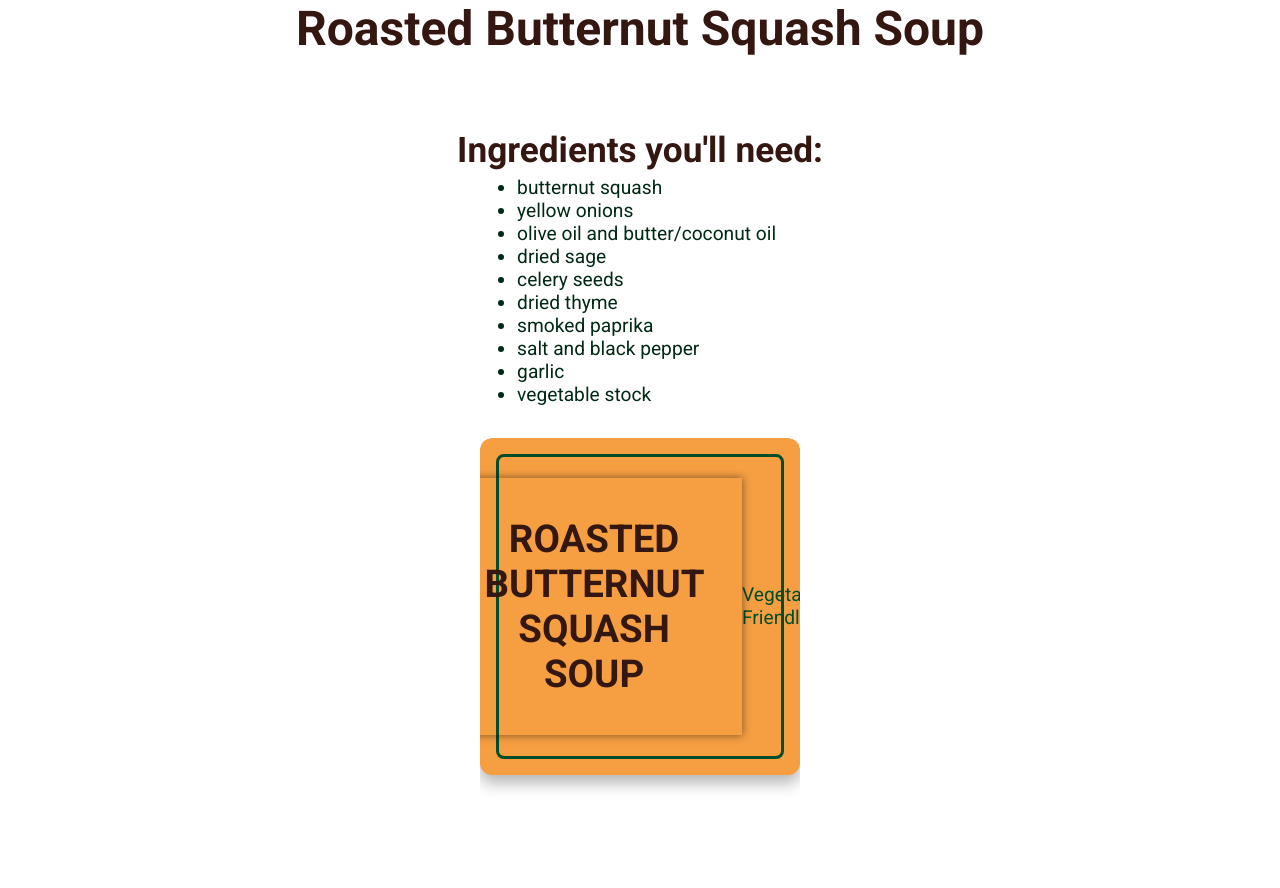
Repository: IDMX225/css-card-flip-LyssaMA
Page: src/index.html
An editor plug-in stored every save of this project. The page is shown before and after the next save, followed by the edit.
The browser window is 1280 px wide. The pictures show the whole page.
The style sheet was rebuilt from its Sass, Less or Tailwind sources for each picture, by a compiler version that may differ from the author's.

Above is the page before, as saved 2024-11-12 20:37:35.
Not found: src/js/index.js

After the next save:
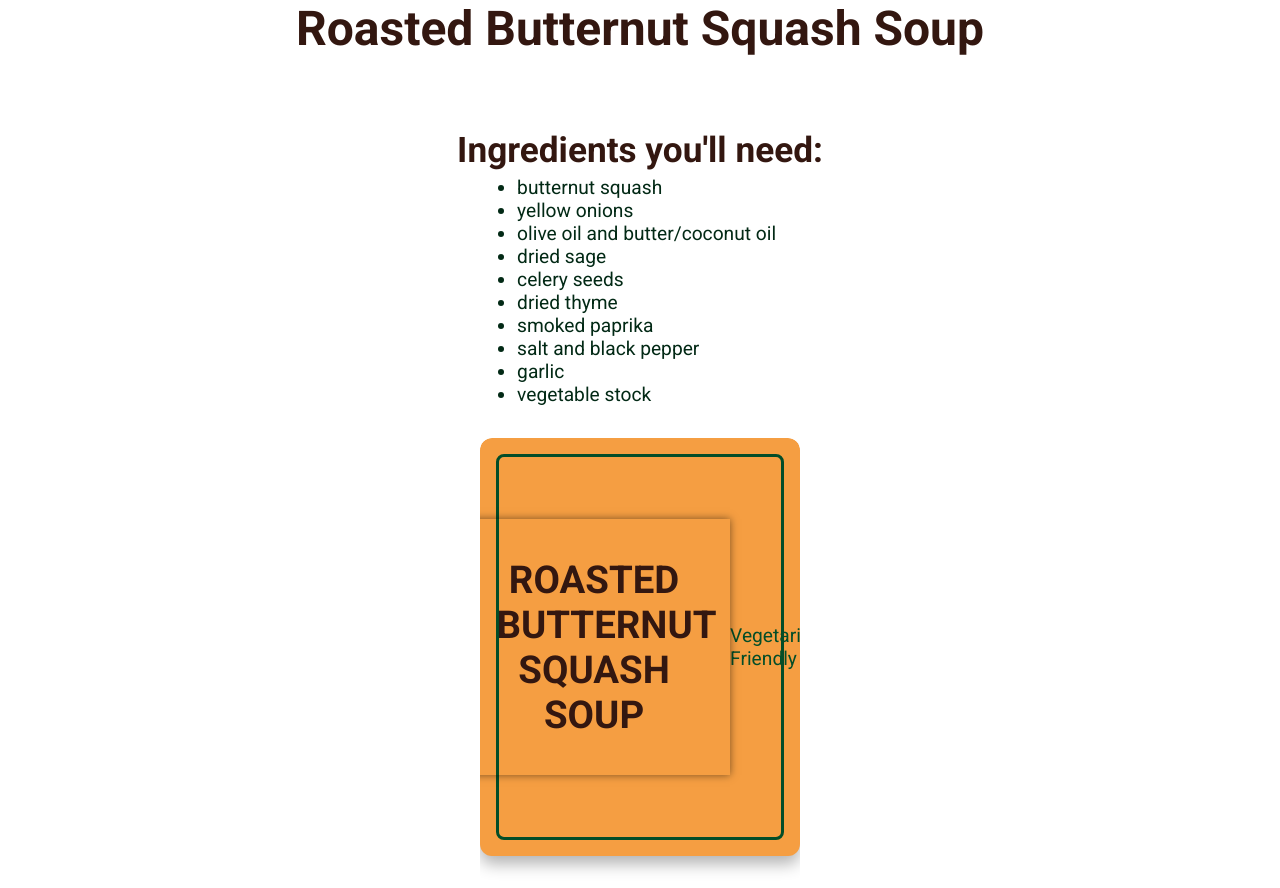
Saved 2 min 55 s later.
--- a/src/sass/main.scss
+++ b/src/sass/main.scss
@@ -94,7 +94,7 @@ body {
   justify-items: center;
   align-items: center;
   border-radius: 12px;  /* Ensure the corners of both front and back are rounded */
-  box-sizing: border-box; /* Make sure padding doesn't affect height */
+  box-sizing: border-box; /* Ensure padding and border are included */
 }
 
 /* Front of the Card */
@@ -105,10 +105,11 @@ body {
   border-radius: 12px; /* Match the card's rounded corners */
   box-shadow: 0 8px 16px rgba(0, 0, 0, 0.3); /* Add shadow to front for depth */
   position: relative;
-  box-sizing: border-box; /* Include padding inside the width/height calculation */
   display: flex;
   justify-content: center; /* Horizontally center content */
   align-items: center; /* Vertically center content */
+  width: 100%;  /* Ensure full width of the card */
+  height: 100%; /* Ensure full height of the card */
 }
 
 /* Adding the border effect with rounded corners */
@@ -137,6 +138,8 @@ body {
   position: relative; /* Ensure the title is properly positioned */
   z-index: 1;  /* Ensure the title is on top of the border */
   margin: 0;  /* Ensure no extra space around the title */
+  width: 100%;  /* Ensures the title box stretches across the card */
+  box-sizing: border-box; /* Include padding in the width calculation */
 }
 
 /* Subtitle on Card */
